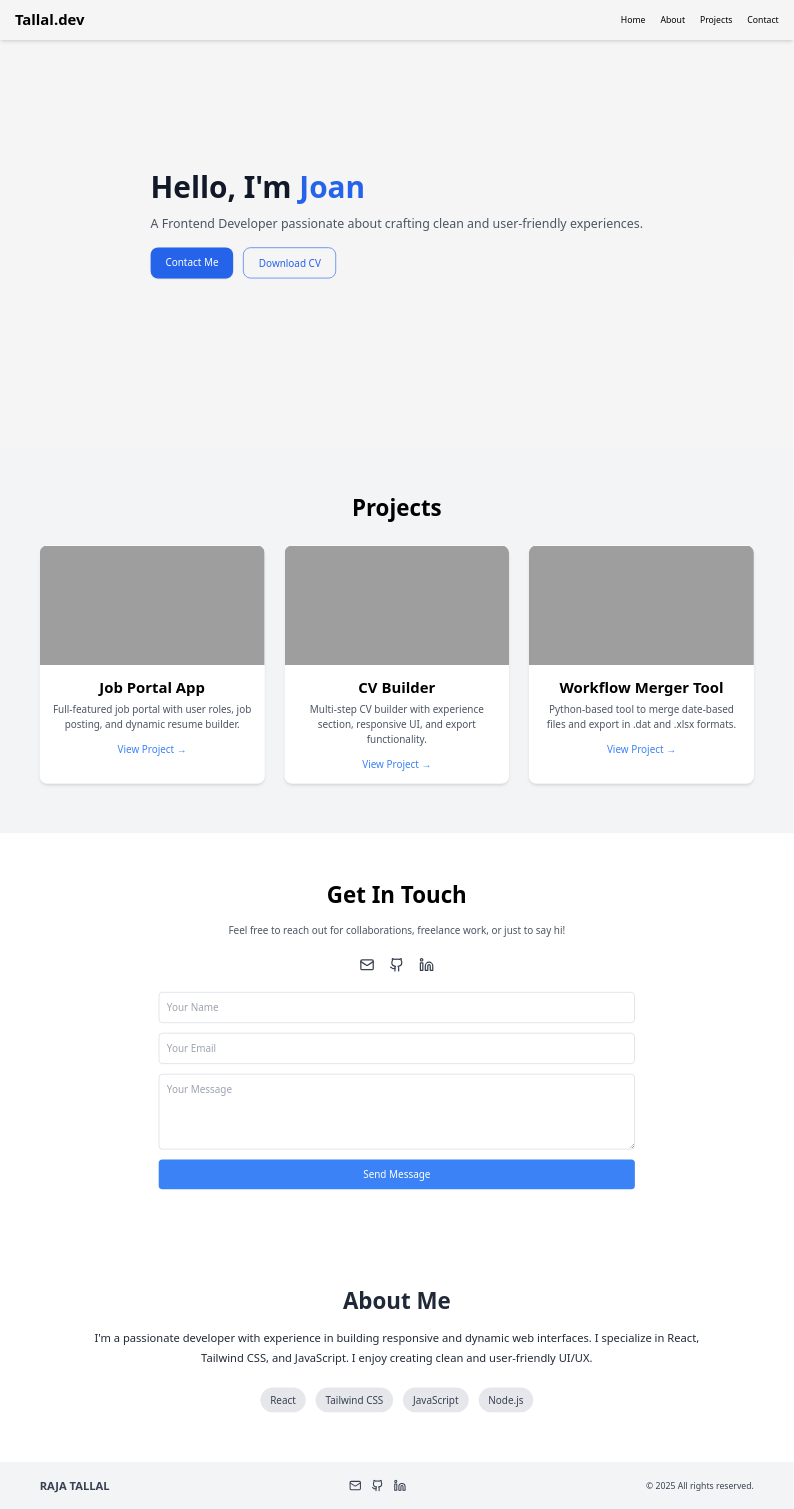
Repository: TalalAhmed011/My-portfolio
Page: /
The author's editor kept a copy of each file at every save. The page is drawn from the files as they stood at one save, then again after the next save.
The browser window is 1280 px wide. The pictures show the whole page, at 62% of full size.
Pictures or frames that could not be fetched are drawn as grey boxes. The project was rebuilt for these pictures with package versions that can differ from the ones it lists, and the page was loaded fresh each time. Also part of the build but not shown: vite.config.js.

Above is the page before, as saved 2025-08-02 06:36:45.

After the next save:
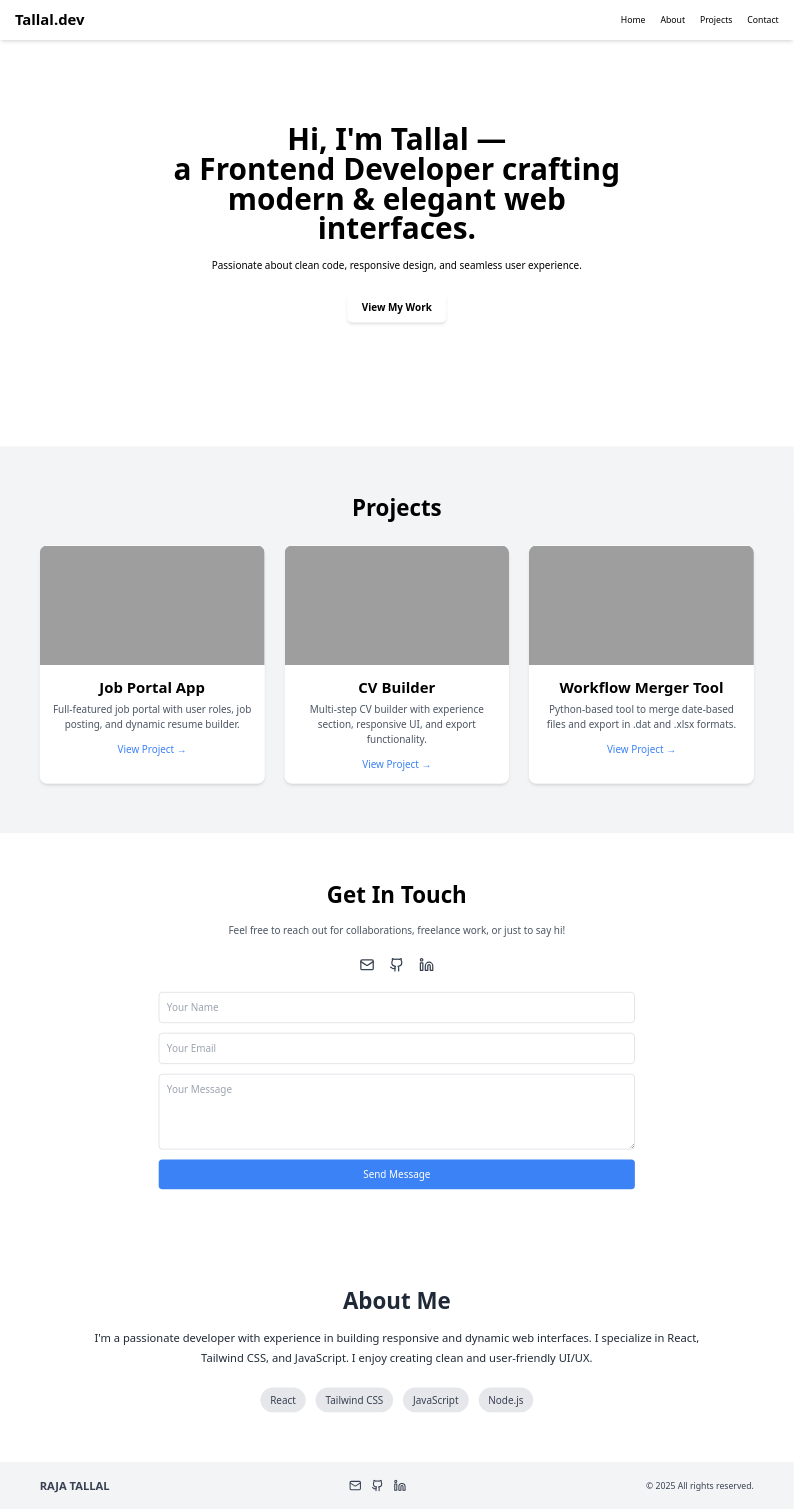
Saved 85 s later.
--- a/src/assets/components/hero.jsx
+++ b/src/assets/components/hero.jsx
@@ -1,29 +1,28 @@
-// src/components/Hero.jsx
-export default function Hero() {
+import React from "react";
+
+const Hero = () => {
   return (
-    <section className="h-screen flex items-center px-6 bg-[#f5f5f5]">
-      <div className="max-w-4xl mx-auto">
-        <h1 className="text-5xl font-bold text-gray-900 leading-tight mb-4">
-          Hello, I'm <span className="text-blue-600">Joan</span>
+    <section
+      id="hero"
+      className="min-h-screen bg-background text-textPrimary font-heading flex items-center justify-center px-6"
+    >
+      <div className="max-w-3xl text-center">
+        <h1 className="text-4xl md:text-5xl font-bold mb-6 leading-tight">
+          Hi, I'm <span className="text-accent">Tallal</span> — <br />
+          a Frontend Developer crafting modern & elegant web interfaces.
         </h1>
-        <p className="text-xl text-gray-600 mb-6">
-          A Frontend Developer passionate about crafting clean and user‑friendly experiences.
+        <p className="text-textSecondary font-body mb-8 text-sm md:text-base">
+          Passionate about clean code, responsive design, and seamless user experience.
         </p>
-        <div className="flex gap-4">
-          <a
-            href="#contact"
-            className="bg-blue-600 text-white px-6 py-3 rounded-xl shadow hover:bg-blue-700 transition"
-          >
-            Contact Me
-          </a>
-          <a
-            href="/Joan-CV.pdf"
-            className="border border-blue-600 text-blue-600 px-6 py-3 rounded-xl hover:bg-blue-50 transition"
-          >
-            Download CV
-          </a>
-        </div>
+        <a
+          href="#projects"
+          className="inline-block bg-accent text-black font-bold px-6 py-3 rounded-lg shadow-md hover:shadow-xl hover:scale-105 transition-transform duration-300"
+        >
+          View My Work
+        </a>
       </div>
     </section>
   );
-}
+};
+
+export default Hero;
